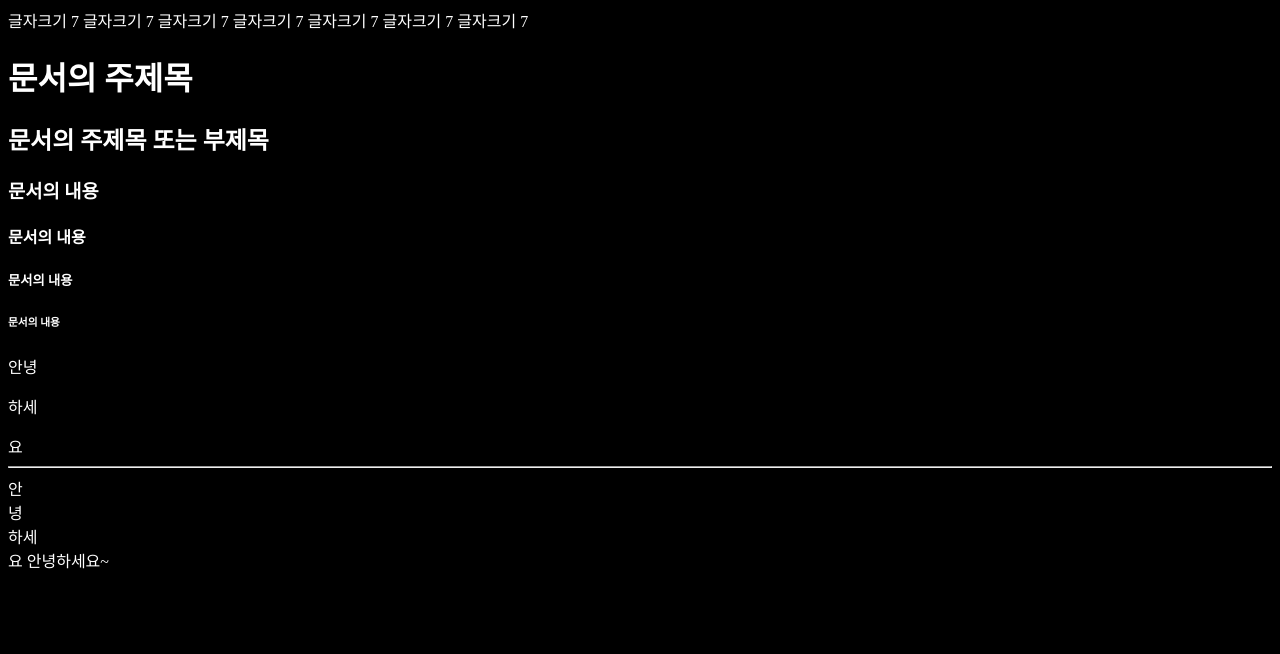
Repository: sjh86/html-day01
Page: html/day01.html
An editor plug-in stored every save of this project. The page is shown before and after the next save, followed by the edit.
The browser window is 1280 px wide. The pictures show the whole page.

Above is the page before, as saved 2021-10-04 05:02:19.

After the next save:
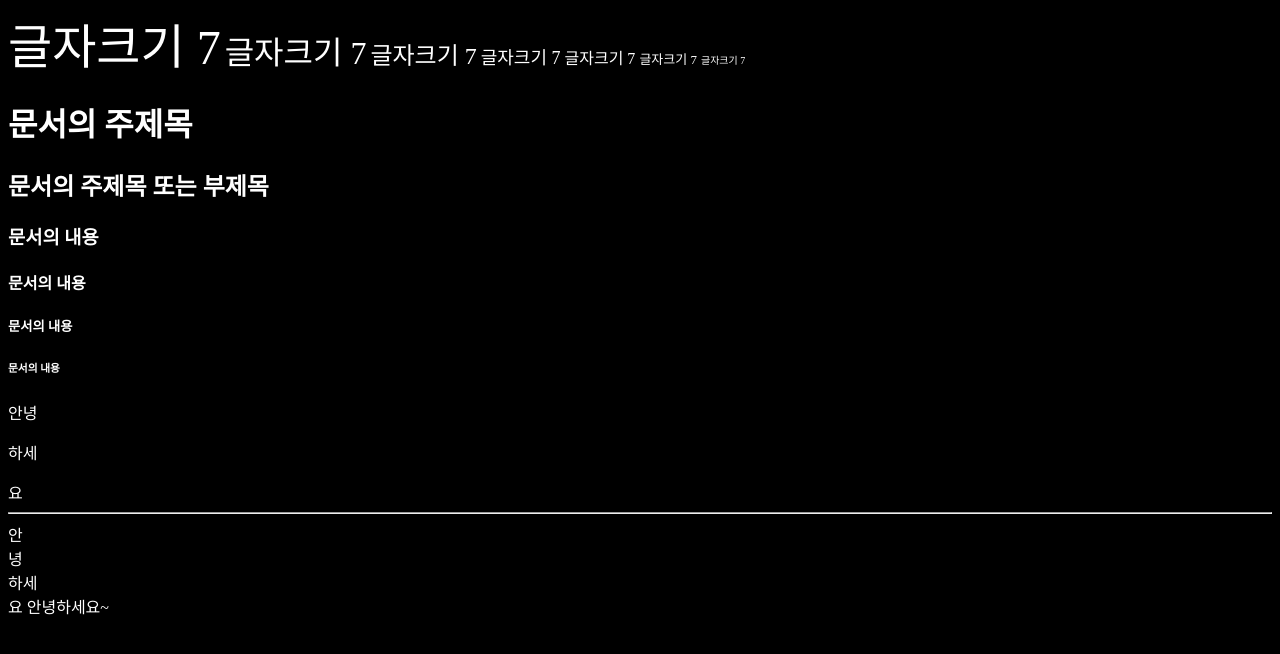
Saved 22 s later.
--- a/html/day01.html
+++ b/html/day01.html
@@ -6,13 +6,13 @@
 </head>
 <body text="white" bgcolor="black">
 
-<font siza = "7">글자크기 7</font>
-<font siza = "6">글자크기 7</font>
-<font siza = "5">글자크기 7</font>
-<font siza = "4">글자크기 7</font>
-<font siza = "3">글자크기 7</font>
-<font siza = "2">글자크기 7</font>
-<font siza = "1">글자크기 7</font>
+<font size = "7">글자크기 7</font>
+<font size = "6">글자크기 7</font>
+<font size = "5">글자크기 7</font>
+<font size = "4">글자크기 7</font>
+<font size = "3">글자크기 7</font>
+<font size = "2">글자크기 7</font>
+<font size = "1">글자크기 7</font>
 
 
 <h1>문서의 주제목</h1>
